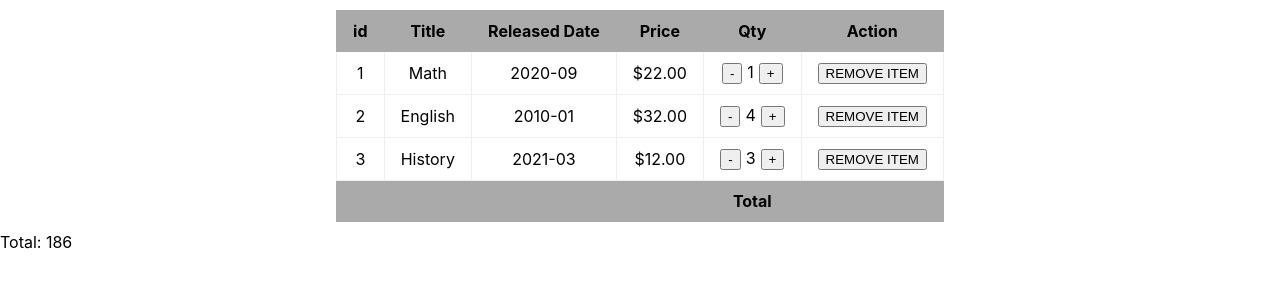
Repository: vgg1kkh/myBookStoreBasket
Page: /
These files come from the project's save history. The page is drawn as it stood at one moment and after the next save; the edit follows.
The browser window is 1280 px wide. The pictures show the whole page.
The project was rebuilt for these pictures with package versions that can differ from the ones it lists, and the page was loaded fresh each time.

Above is the page before, as saved 2021-10-07 16:40:10.

After the next save:
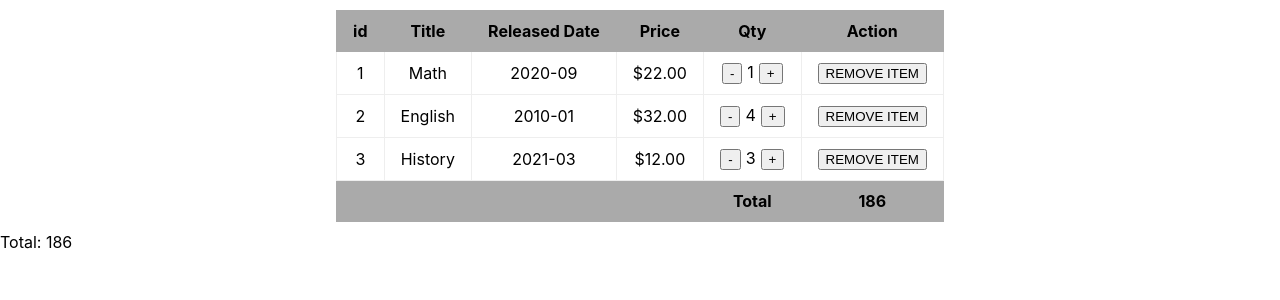
Saved 7 s later.
--- a/src/App.js
+++ b/src/App.js
@@ -66,7 +66,7 @@ export default class App extends Component {
                 <th></th>
                 <th></th>
                 <th>Total</th>
-                <th>{}</th>
+                <th>{this.getTotalPrice()}</th>
               </tr>
             </tbody>
           </table>
